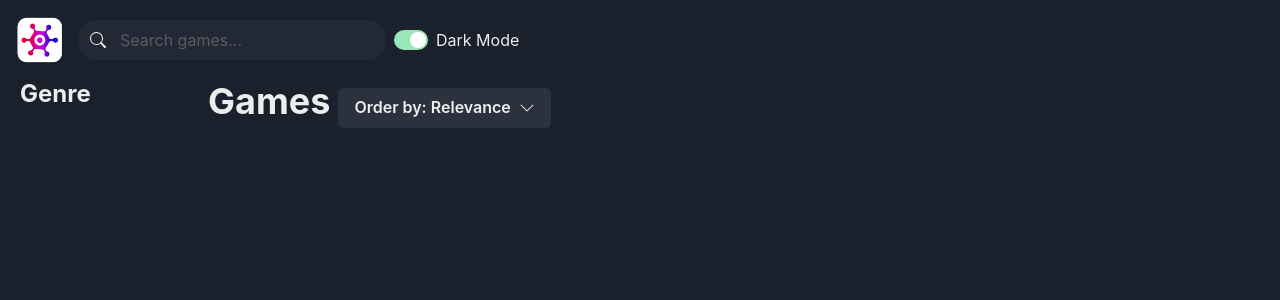
Repository: heyCaroline/game-hub
Page: /
These files come from the project's save history. The page is drawn as it stood at one moment and after the next save; the edit follows.
The browser window is 1280 px wide. The pictures show the whole page.
The page's requests for data from a server got no answer. The project was rebuilt for these pictures with package versions that can differ from the ones it lists, and the page was loaded fresh each time. No one was signed in, and anything a server would have sent is missing. Also part of the build but not shown: vite.config.ts, src/components/PlatformIconList.tsx, src/components/CriticScore.tsx, src/components/GameCard.tsx.

Above is the page before, as saved 2025-05-23 18:03:15.

After the next save:
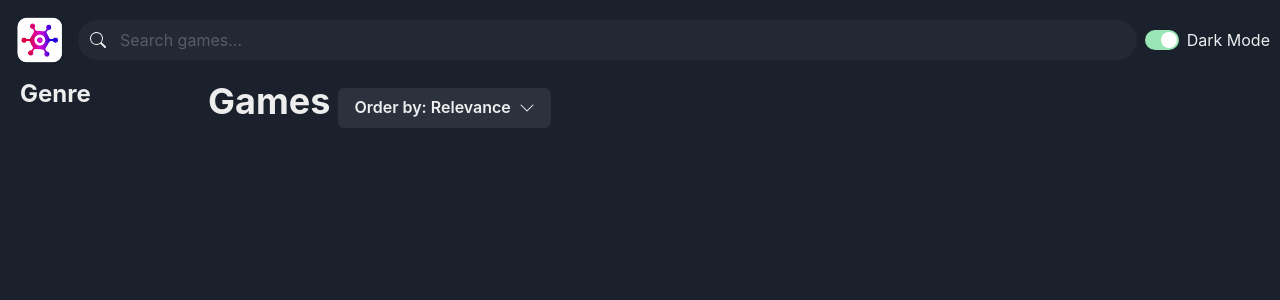
Saved 39 s later.
--- a/src/components/SearchInput.tsx
+++ b/src/components/SearchInput.tsx
@@ -13,7 +13,7 @@ const SearchInput = ({ onSearch }: Props) => {
     }
   };
   return (
-    <form onSubmit={handleSubmit}>
+    <form onSubmit={handleSubmit} style={{ width: "100%" }}>
       <InputGroup>
         <InputLeftElement children={<BsSearch />} />
         <Input
